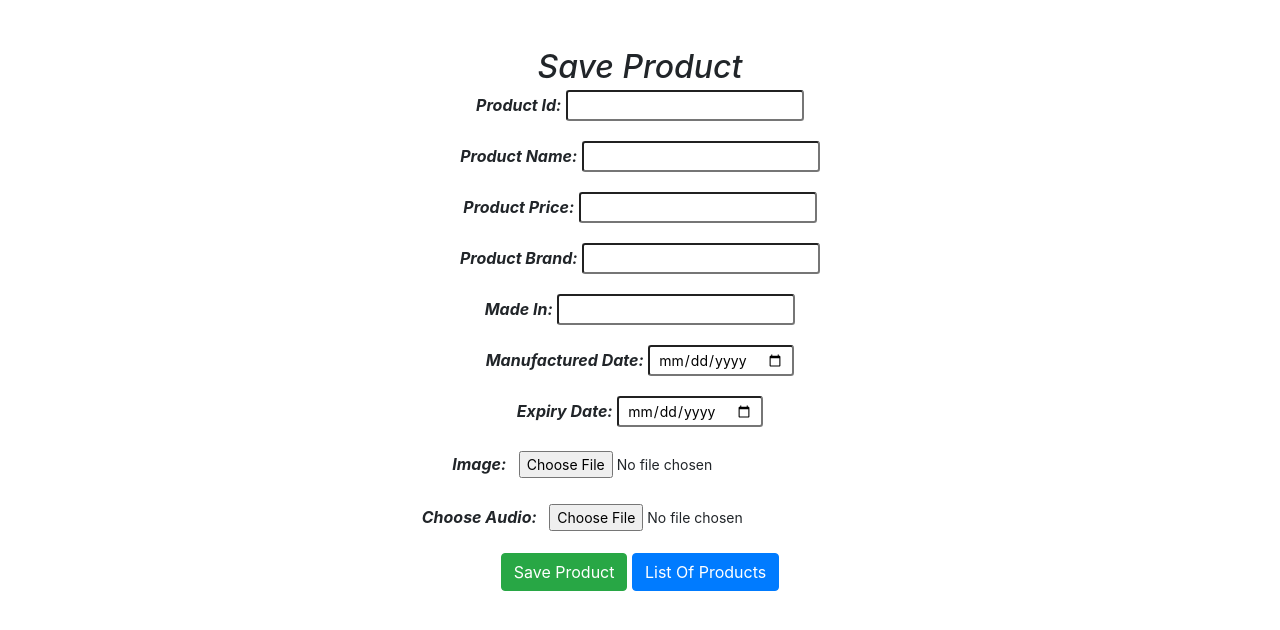
Repository: ananthaanusha/advjavaprograms
Page: ProductManagementApp/src/main/webapp/addProduct.html
The author's editor kept a copy of each file at every save. The page is drawn from the files as they stood at one save, then again after the next save.
The browser window is 1280 px wide. The pictures show the whole page.

Above is the page before, as saved 2024-03-10 14:51:41.

### ProductManagementApp/src/main/webapp/addProduct.html
<!DOCTYPE html>
<html>
	<head>
		<title>Product Details...</title>
		<!-- Latest compiled and minified CSS -->
<link rel="stylesheet" href="https://stackpath.bootstrapcdn.com/bootstrap/4.5.2/css/bootstrap.min.css" integrity="sha384-JcKb8q3iqJ61gNV9KGb8thSsNjpSL0n8PARn9HuZOnIxN0hoP+VmmDGMN5t9UJ0Z" crossorigin="anonymous">

		<script type="text/javascript" src="formvalidation.js"></script>


	</head>
	<body>
	<div class="container mt-5 text-center">
	<h2 class="text-center font-italic mb-1">Save Product</h2>
	  <form method="post" action="AddProductServlet" enctype="multipart/form-data" onsubmit="return validateForm()">

		<div class="form-group">
		<label class="font-italic font-weight-bold" for="proId">Product Id:</label>
		<input type="text" class="form-control-sm" id="proId" name="proId" >
		</div>


		<div class="form-group">
		<label class="font-italic font-weight-bold" for="proName">Product Name:</label>
		<input type="text" class="form-control-sm" id="proName" name="proName" >
		</div>

		<div class="form-group">
		<label class="font-italic font-weight-bold" for="proPrice">Product Price:</label>
		<input type="number" class="form-control-sm" id="proPrice" name="proPrice" >
		</div>


		<div class="form-group">
		<label class="font-italic font-weight-bold" for="proBrand">Product Brand:</label>
		<input type="text" class="form-control-sm" id="proBrand" name="proBrand" >
		</div>


		<div class="form-group">
		<label class="font-italic font-weight-bold" for="madeIn">Made In:</label>
		<input type="text" class="form-control-sm" id="madeIn" name="madeIn" >
		</div>


		<div class="form-group">
		<label class="font-italic font-weight-bold" for="mDate">Manufactured Date:</label>
		<input type="date" class="form-control-sm" id="mDate" name="mDate" >
		</div>


		<div class="form-group">
		<label class="font-italic font-weight-bold" for="eDate">Expiry Date:</label>
		<input type="date" class="form-control-sm" id="eDate" name="eDate" >
		</div>



		<div class="form-group">
		<label class="font-italic font-weight-bold" for="proImage">Image:</label>
		<input type="file" class="form-control-sm" id="proImage" name="proImage" accept="image/*">
		</div>

	 	 <div class="form-group">
		<label class="font-italic font-weight-bold" for="proAudio">Choose Audio:</label>
		<input type="file" class="form-control-sm" id="proAudio" name="proAudio" accept="audio/*">
		</div>


		<!-- <div class="form-group">
		<label class="font-italic font-weight-bold" for="video">Choose Video:</label>
		<input type="file" class="form-control-sm" id="proVideo" name="proVideo" accept="video/*">
		</div>-->
		<div>
		  <input type="submit" class="btn btn-success" value="Save Product"/>
		  <a href="productList.jsp" class="btn btn-primary">List Of Products</a>
		</div>
	  </form>
	</div>
	</body>
</html>

### ProductManagementApp/src/main/webapp/formvalidation.js
function validateForm(){
	var proId=Document.getElementById("proId").value;
	var proName=Document.getElementById("proName").value;
	var proPrice=Document.getElementById("proPrice").value;
	var proBrand=Document.getElementById("proBrand").value;
	var madeIn=Document.getElementById("madeIn").value;

	if(proId.trim() ==="" || proName.trim() ==="" || proPrice.trim() ==="" || proBrand.trim() ==="" || madeIn.trim() ==="")
	{
	alert("All Fields Must Be Filled Out");
	return false;
	}
	if(parseFloat(proPrice)<0){
		alert("price must not be negative ");
		return false;
	}
	if(proName.length >50 || proBrand.length>50){
		alert("Product Name and Brand length should not exceed 50 characters");
		return false;
	}
	var promfgdt=document.getElementById("mDate").value;
	var proexpdt=document.getElementById("eDate").value;
	var manufacturedDate = new Date(promfgdt);
	var expiryDate=new Date(proexpdt);
	if(manufacturedDate > expiryDate)
	{
		alert("manufactured date cannot be greater than expiry date");
		return false;
	}
	return true;
}

After the next save:
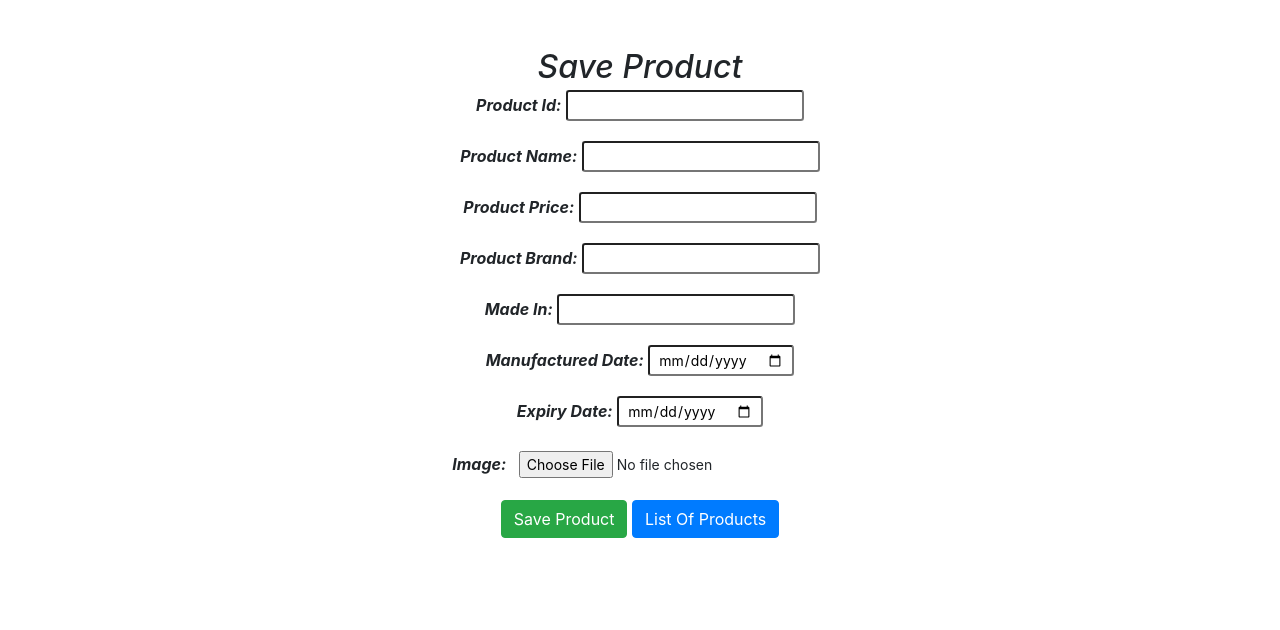
Saved 17 s later.
--- a/ProductManagementApp/src/main/webapp/addProduct.html
+++ b/ProductManagementApp/src/main/webapp/addProduct.html
@@ -61,16 +61,7 @@
 		<input type="file" class="form-control-sm" id="proImage" name="proImage" accept="image/*">
 		</div>
 
-	 	 <div class="form-group">
-		<label class="font-italic font-weight-bold" for="proAudio">Choose Audio:</label>
-		<input type="file" class="form-control-sm" id="proAudio" name="proAudio" accept="audio/*">
-		</div>
 
-
-		<!-- <div class="form-group">
-		<label class="font-italic font-weight-bold" for="video">Choose Video:</label>
-		<input type="file" class="form-control-sm" id="proVideo" name="proVideo" accept="video/*">
-		</div>-->
 		<div>
 		  <input type="submit" class="btn btn-success" value="Save Product"/>
 		  <a href="productList.jsp" class="btn btn-primary">List Of Products</a>
